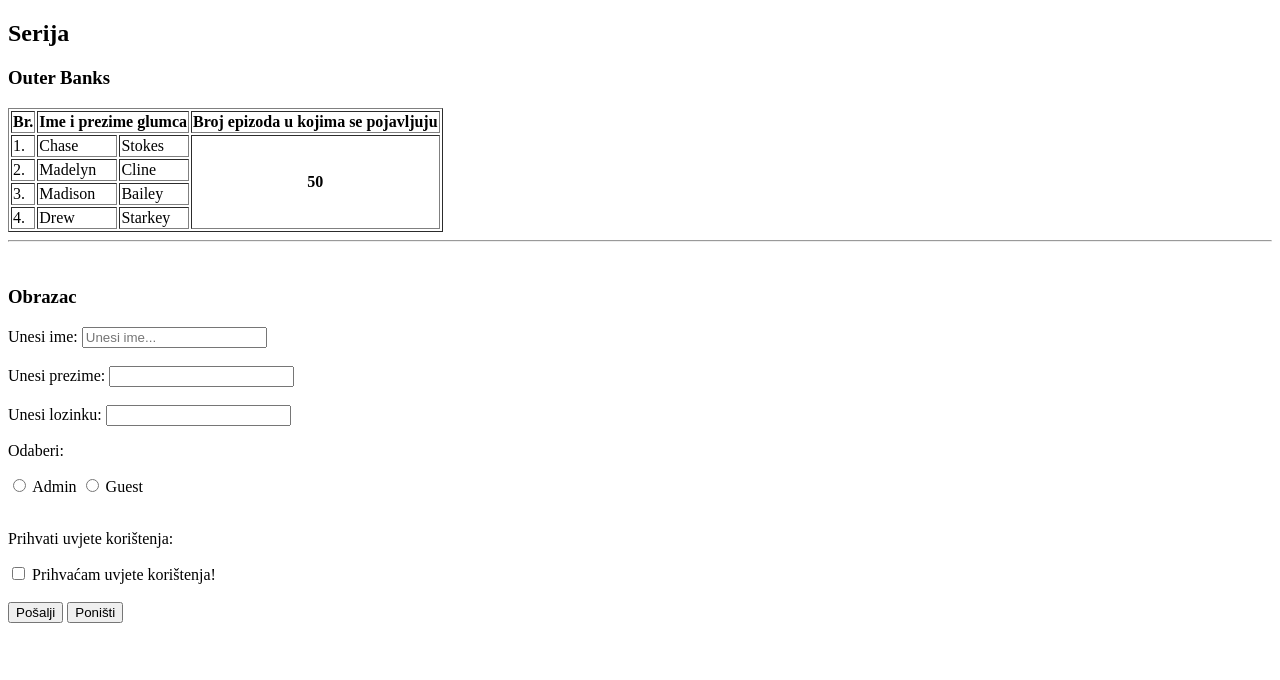
Repository: larabiondic/wp_biondic_lara
Page: Domace zadace/Zadaća.2.html
The author's editor kept a copy of each file at every save. The page is drawn from the files as they stood at one save, then again after the next save.
The browser window is 1280 px wide. The pictures show the whole page.

Above is the page before, as saved 2025-11-03 20:49:36.

### Domace zadace/Zadaća.2.html
<!DOCTYPE html>
<html lang="en">
<head>
    <meta name="viewport" content="width=device-width, initial-scale=1.0">
    <meta name="description" content="Zadaća 2.">
    <meta name="keywords" content="HTML">
    <meta name="author" content="Lara Biondić">
    <title>Zadaća 2.</title>
</head>
<body>
    <h2>Serija</h2>
    <h3>Outer Banks</h3>
    <table border="1">
        <tr>
            <th>Br.</th>
            <th colspan="2">Ime i prezime glumca</th>
            <th>Broj epizoda u kojima se pojavljuju</th>
        </tr>
        <tr>
            <td>1.</td>
            <td>Chase</td>
            <td>Stokes</td>
            <th rowspan="4">50</th>
        </tr>
        <tr>
            <td>2.</td>
            <td>Madelyn</td>
            <td>Cline</td>

        </tr>
        <tr>
            <td>3.</td>
            <td>Madison</td>
            <td>Bailey</td>

        </tr>
        <tr>
            <td>4.</td>
            <td>Drew</td>
            <td>Starkey</td>

        </tr>

    </table>
    <hr>
    <br>
    <h3>Obrazac</h3>
    <form action="#" method="get">
        <label for="ime">Unesi ime:</label>
        <input type="text" id="Ime" placeholder="Unesi ime...">
        <br>
        <br>
        <label for="prezime">Unesi prezime:</label>
        <input type="text" id="prezime">
        <br>
        <br>
        <label for="pass">Unesi lozinku:</label>
        <input type="password" name="pass" id="pass" required>
        <br>
        <p>Odaberi:</p>
        <input type="radio" name="admin" id="admin">
        <label for="admin">Admin</label>
        <input type="radio" name="guest" id="guest">
        <label for="guest">Guest</label>
        <br>
        <br>
        <p>Prihvati uvjete korištenja:</p>
        <input type="checkbox" name="uvjeti korištenja" id="uvjeti korištenja">
        <label for="uvjeti korištenja">Prihvaćam uvjete korištenja!</label>
        <br>
        <br>
        <input type="submit" value="Pošalji">
        <input type="reset" value="Poništi">



    </form>
</body>
</html>

After the next save:
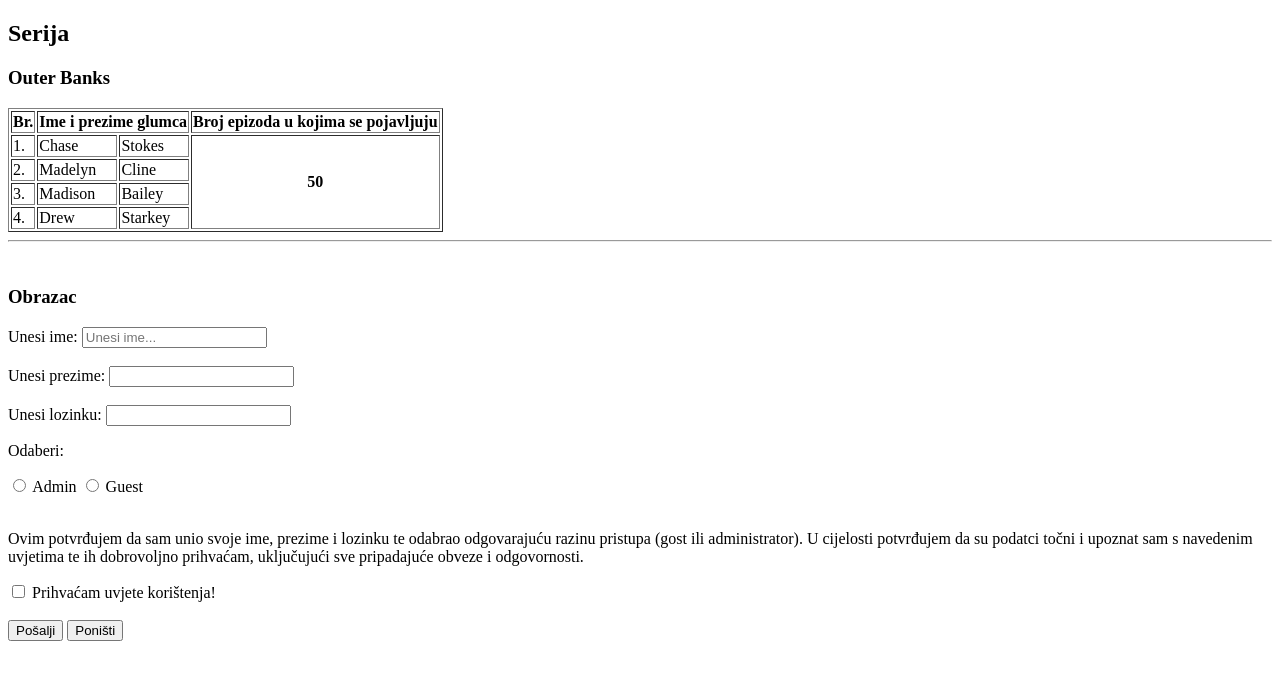
Saved 4 min 34 s later.
--- a/Domace zadace/Zadaća.2.html
+++ b/Domace zadace/Zadaća.2.html
@@ -64,7 +64,11 @@
         <label for="guest">Guest</label>
         <br>
         <br>
-        <p>Prihvati uvjete korištenja:</p>
+        <p>Ovim potvrđujem da sam unio svoje ime,
+            prezime i lozinku te odabrao odgovarajuću razinu pristupa
+            (gost ili administrator). U cijelosti potvrđujem da su podatci
+            točni i upoznat sam s navedenim uvjetima te ih dobrovoljno prihvaćam,
+            uključujući sve pripadajuće obveze i odgovornosti.</p>
         <input type="checkbox" name="uvjeti korištenja" id="uvjeti korištenja">
         <label for="uvjeti korištenja">Prihvaćam uvjete korištenja!</label>
         <br>
